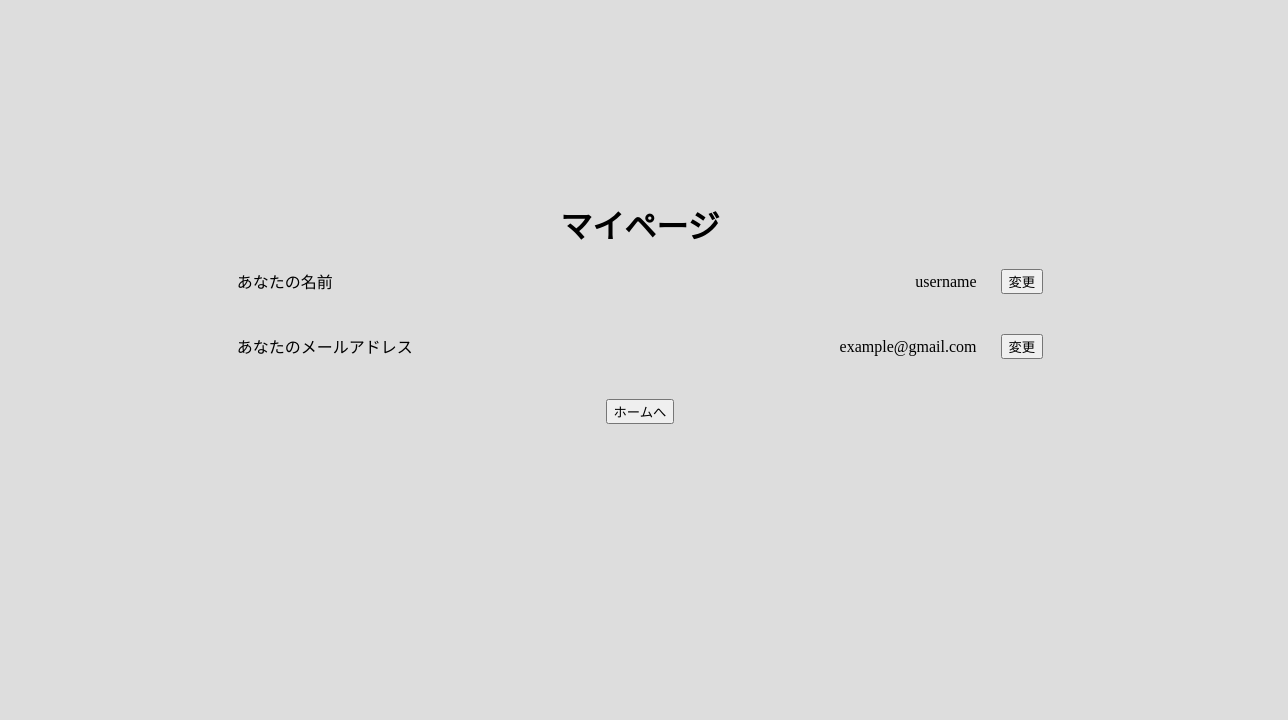
Repository: ryosuke-yamoto/BBS
Page: http://localhost/BBS_yamoto/View/mypage.php
These files come from the project's save history. The page is drawn as it stood at one moment and after the next save; the edit follows.
The browser window is 1280 px wide. The page is 1280 px wide, then 1288 px, then 1280 px, so the pictures cover 1288 px, including what lies to the right of the window. The pictures show the whole page.
Some web libraries are served in a nearby version. The page is run by PHP 8.4 with error messages shown; the project is at /var/www/html/.

Above is the page before, as saved 2020-05-21 07:17:57.

### View/mypage.php
<!DOCTYPE html>
<html lang="ja">
<head>
  <meta charset="UTF-8">
  <link rel="stylesheet" href="./css/mypage.css">
  <meta name="viewport" content="width=device-width, initial-scale=1.0">
  <meta http-equiv="X-UA-Compatible" content="ie=edge">
  <title>マイページ</title>
</head>
<body>
  <div class="main-wrap">
    <h1>マイページ</h1>
    <div class="name-wrap">
      <p>あなたの名前</p>
      <div>
        <p class="user-name">username</p>
        <button id="name-change">変更</button>
      </div>
    </div>
    <div class="email-wrap">
      <p>あなたのメールアドレス</p>
      <div>
        <p class="user-email">example@gmail.com</p>
        <button>変更</button>
      </div>
    </div>
    <button>ホームへ</button>
  </div>
  <div id="modal-name" class="modal-close">
    <div id="modal-bg"></div>
    <div id="modal-name-wrap">
      <h5 id="modal-title">新しい名前を入力してください</h5>
      <form action="">
        <input type="text">
        <button>変更</button>
      </form>
    </div>
  </div>
  <script type="text/javascript" src="https://ajax.googleapis.com/ajax/libs/jquery/1.9.1/jquery.min.js"></script>
  <script type="text/javascript" src="./js/mypage.js"></script>
</body>
</html>

### View/css/mypage.css
body {
  background-color: #DDDDDD;
}

.main-wrap {
  position: absolute;
  top: 50%;
  left: 50%;
  transform: translate(-50%, -50%);
  width: 70%;
  height: 50%;
  text-align: center;
}

.name-wrap {
  margin: 0 auto;
  width: 90%;
  display: flex;
  justify-content: space-between;
}

.email-wrap {
  margin: 40px auto 40px auto;
  width: 90%;
  display: flex;
  justify-content: space-between;
}

.user-name {
  margin-right: 20px;
  display: inline;
}

.user-email {
  margin-right: 20px;
  display: inline;
}

p {
  margin: 0;
}

.modal-close {
  display: none;
}

/* #modal-name {
  display: none;
  height: 100vh;
  position: fixed;
  top: 0;
  width: 100%;
} */

#modal-bg {
  background: rgba(0,0,0,0.2);
  height: 100vh;
  position: absolute;
  top: 0%;
  width: 100%;
}

#modal-name {
  position: absolute;
  top: 50%;
  left: 50%;
  transform: translate(-50%, -50%);
  width: 50%;
  height: 40%;
  background-color: white;
  text-align: center;
}

#modal-name-wrap {
  padding-top: 100px;
}

### View/js/mypage.js
$(function () {

  $('#name-change').click(function () {
    $('#modal-name').show();

  });

  });

After the next save:
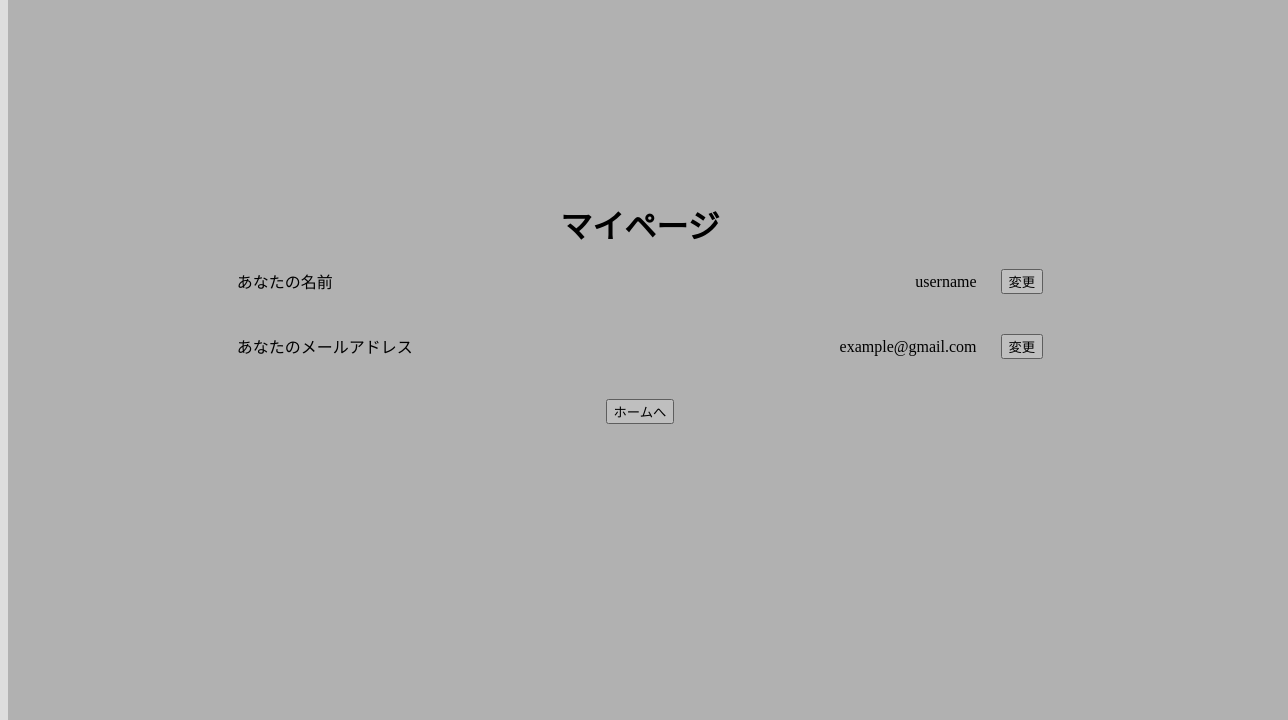
Saved 2 min 10 s later.
--- a/View/mypage.php
+++ b/View/mypage.php
@@ -26,14 +26,16 @@
     </div>
     <button>ホームへ</button>
   </div>
-  <div id="modal-name" class="modal-close">
+  <div id="modal">
     <div id="modal-bg"></div>
-    <div id="modal-name-wrap">
-      <h5 id="modal-title">新しい名前を入力してください</h5>
-      <form action="">
-        <input type="text">
-        <button>変更</button>
-      </form>
+    <div id="modal-name" class="modal-close">
+      <div id="modal-name-wrap">
+        <h5 id="modal-title">新しい名前を入力してください</h5>
+        <form action="">
+          <input type="text">
+          <button>変更</button>
+        </form>
+      </div>
     </div>
   </div>
   <script type="text/javascript" src="https://ajax.googleapis.com/ajax/libs/jquery/1.9.1/jquery.min.js"></script>

After the save that followed:
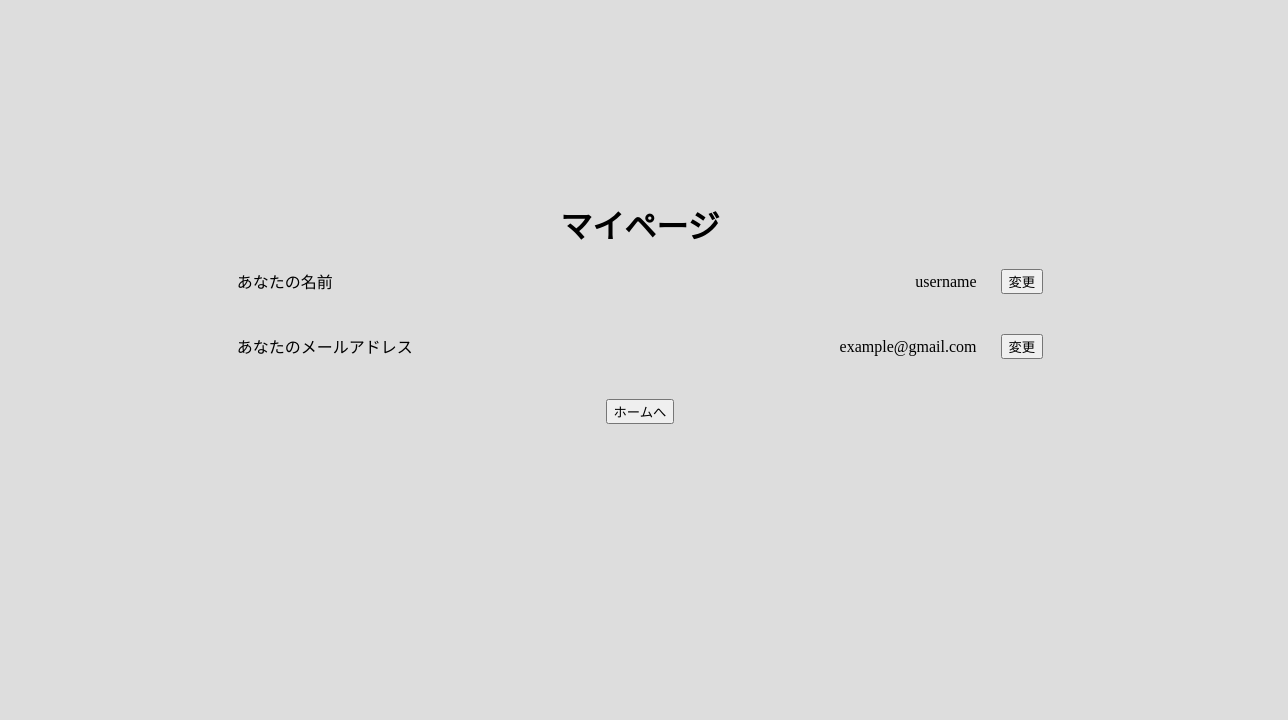
Saved 25 s later.
--- a/View/mypage.php
+++ b/View/mypage.php
@@ -26,9 +26,9 @@
     </div>
     <button>ホームへ</button>
   </div>
-  <div id="modal">
+  <div id="modal" class="modal-close">
     <div id="modal-bg"></div>
-    <div id="modal-name" class="modal-close">
+    <div id="modal-name">
       <div id="modal-name-wrap">
         <h5 id="modal-title">新しい名前を入力してください</h5>
         <form action="">
